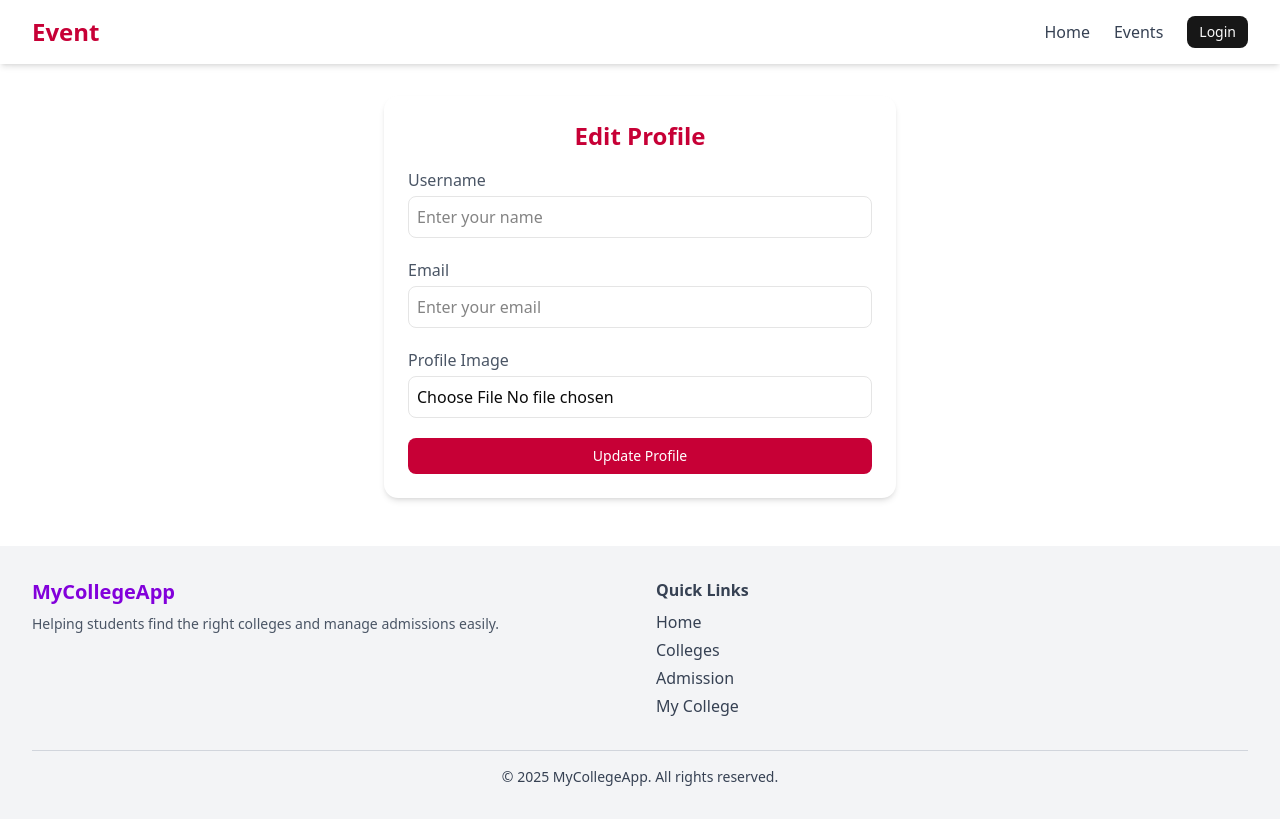
Repository: shshafin/event-client
Page: /profile/edit
An editor plug-in stored every save of this project. The page is shown before and after a run of saves, followed by the edit.
The browser window is 1280 px wide. The pictures show the whole page.
The page's requests for data from a server got no answer. The project was rebuilt for these pictures with package versions that can differ from the ones it lists, and the page was loaded fresh each time. The framework's server and built-in components were replaced by stand-ins that run in the browser. No one was signed in, and anything a server would have sent is missing. Also part of the build but not shown: next.config.ts, src/components/ui/dropdown-menu.tsx.

Above is the page before, as saved 2025-10-30 13:28:24.

### src/app/layout.tsx
import "@/styles/globals.css";
import { Viewport } from "next";
import clsx from "clsx";

import { fontSans } from "@/config/font";
import { Providers } from "@/lib/provider";

export const viewport: Viewport = {
  themeColor: [
    { media: "(prefers-color-scheme: light)", color: "white" },
    { media: "(prefers-color-scheme: dark)", color: "black" },
  ],
};

export default function RootLayout({
  children,
}: {
  children: React.ReactNode;
}) {
  return (
    <html
      suppressHydrationWarning
      lang="en">
      <head />
      <body
        className={clsx(
          "min-h-screen bg-background font-sans antialiased",
          fontSans.variable
        )}>
        <Providers>{children}</Providers>
      </body>
    </html>
  );
}

### src/app/(withCommonLayout)/layout.tsx
import Footer from "@/components/ui/Footer";
import Navbar from "@/components/ui/Navbar";
import React from "react";

const withCommonLayout = ({ children }: { children: React.ReactNode }) => {
  return (
    <div className="relative flex flex-col h-screen">
      <Navbar />
      <main>{children}</main>
      <Footer />
    </div>
  );
};

export default withCommonLayout;

### src/app/(withCommonLayout)/profile/edit/page.tsx
"use client";

import { useState } from "react";
import { useForm } from "react-hook-form";
import { zodResolver } from "@hookform/resolvers/zod";
import * as z from "zod";
import { useUser } from "@/context/user.provider";
import { Button } from "@/components/ui/button";
import { toast } from "sonner";
import { useUpdateUser } from "@/hooks/auth.hook";

// ✅ Validation Schema
const updateUserSchema = z.object({
  username: z.string().min(2, "Name is required"),
  email: z.string().email("Invalid email"),
  image: z.any().optional(),
});

type UpdateUserFormValues = z.infer<typeof updateUserSchema>;

export default function EditProfilePage() {
  const { user, setUser } = useUser(); // ✅ get setUser for auto update
  const { mutateAsync, isPending } = useUpdateUser();
  const [error, setError] = useState<string | null>(null);

  const { register, handleSubmit, reset } = useForm<UpdateUserFormValues>({
    resolver: zodResolver(updateUserSchema),
    defaultValues: {
      username: user?.username || "",
      email: user?.email || "",
    },
  });

  const onSubmit = async (data: UpdateUserFormValues) => {
    if (!user) return;

    try {
      const formData = new FormData();
      formData.append("username", data.username);
      formData.append("email", data.email);
      if (data.image && data.image[0]) {
        formData.append("image", data.image[0]);
      }

      // ✅ Update user
      const updatedUser = await mutateAsync({
        id: user._id,
        userData: formData,
      });

      // ✅ Update context to refresh UI
      setUser(updatedUser);

      toast.success("Profile updated successfully!");
      reset();
    } catch (err: any) {
      console.error(err);
      setError(err.message || "Failed to update profile");
      toast.error(err.message || "Failed to update profile");
    }
  };

  return (
    <div className="max-w-lg mx-auto mt-24 p-6 bg-white shadow-md rounded-xl">
      <h2 className="text-2xl font-bold mb-4 text-rose-700 text-center">
        Edit Profile
      </h2>

      <form
        onSubmit={handleSubmit(onSubmit)}
        className="space-y-5">
        <div>
          <label className="block text-gray-600 mb-1">Username</label>
          <input
            type="text"
            {...register("username")}
            className="w-full border rounded-md p-2"
            placeholder="Enter your name"
          />
        </div>

        <div>
          <label className="block text-gray-600 mb-1">Email</label>
          <input
            type="email"
            {...register("email")}
            className="w-full border rounded-md p-2"
            placeholder="Enter your email"
          />
        </div>

        <div>
          <label className="block text-gray-600 mb-1">Profile Image</label>
          <input
            type="file"
            accept="image/*"
            {...register("image")}
            className="w-full border rounded-md p-2"
          />
        </div>

        {error && <p className="text-red-500 text-sm">{error}</p>}

        <Button
          type="submit"
          disabled={isPending}
          className="w-full bg-rose-700 hover:bg-rose-800 text-white">
          {isPending ? "Updating..." : "Update Profile"}
        </Button>
      </form>
    </div>
  );
}

### src/lib/provider/index.tsx
"use client";

import * as React from "react";
import { QueryClient, QueryClientProvider } from "@tanstack/react-query";
import { Toaster } from "sonner";
import UserProvider from "@/context/user.provider";

export interface ProvidersProps {
  children: React.ReactNode;
}

export function Providers({ children }: ProvidersProps) {
  const queryClient = new QueryClient();

  return (
    <QueryClientProvider client={queryClient}>
      <UserProvider>
        <Toaster
          richColors
          position="top-center"
          closeButton
        />
        {children}
      </UserProvider>
    </QueryClientProvider>
  );
}

### src/components/ui/Footer.tsx
"use client";

import Link from "next/link";

export default function Footer() {
  return (
    <footer className="bg-gray-100 dark:bg-gray-900 text-gray-700 dark:text-gray-300 py-8 mt-12">
      <div className="max-w-7xl mx-auto px-4 sm:px-6 lg:px-8">
        <div className="grid grid-cols-1 md:grid-cols-2 gap-8">
          {/* Logo & description */}
          <div>
            <span className="font-bold text-xl text-purple-700">
              MyCollegeApp
            </span>
            <p className="mt-2 text-sm text-gray-600 dark:text-gray-400">
              Helping students find the right colleges and manage admissions
              easily.
            </p>
          </div>

          {/* Quick Links */}
          <div>
            <h3 className="font-semibold mb-2">Quick Links</h3>
            <ul className="space-y-1">
              <li>
                <Link
                  href="/"
                  className="hover:text-purple-700">
                  Home
                </Link>
              </li>
              <li>
                <Link
                  href="/college"
                  className="hover:text-purple-700">
                  Colleges
                </Link>
              </li>
              <li>
                <Link
                  href="/admission"
                  className="hover:text-purple-700">
                  Admission
                </Link>
              </li>
              <li>
                <Link
                  href="/my-college"
                  className="hover:text-purple-700">
                  My College
                </Link>
              </li>
            </ul>
          </div>
        </div>

        <div className="mt-8 border-t border-gray-300 dark:border-gray-700 pt-4 text-center text-sm">
          © {new Date().getFullYear()} MyCollegeApp. All rights reserved.
        </div>
      </div>
    </footer>
  );
}

### src/components/ui/Navbar.tsx
"use client";

import { useState } from "react";
import Link from "next/link";
import {
  MenuIcon,
  XIcon,
  LogOutIcon,
  UserIcon,
  PlusCircle,
} from "lucide-react";
import { Button } from "@/components/ui/button";
import {
  DropdownMenu,
  DropdownMenuTrigger,
  DropdownMenuContent,
  DropdownMenuItem,
} from "@/components/ui/dropdown-menu";
import { useUser } from "@/context/user.provider";
import { logoutUser } from "@/services/AuthService";
import { useRouter } from "next/navigation";

export default function Navbar() {
  const [isOpen, setIsOpen] = useState(false);
  const toggleMenu = () => setIsOpen(!isOpen);

  const { user, setUser } = useUser();
  const router = useRouter();

  const handleLogout = async () => {
    await logoutUser();
    setUser(null);
    router.push("/login");
  };

  return (
    <nav className="bg-white dark:bg-gray-900 shadow-md fixed w-full z-50">
      <div className="max-w-7xl mx-auto px-4 sm:px-6 lg:px-8">
        <div className="flex justify-between h-16 items-center">
          {/* Logo */}
          <Link href="/">
            <div className="text-2xl font-bold text-rose-700">Event</div>
          </Link>

          {/* Desktop Menu */}
          <div className="hidden md:flex items-center space-x-6">
            <Link
              href="/"
              className="text-gray-700 hover:text-rose-700">
              Home
            </Link>
            <Link
              href="/events"
              className="text-gray-700 hover:text-rose-700">
              Events
            </Link>

            {user && (
              <Link
                href="/my-bookings"
                className="text-gray-700 hover:text-rose-700">
                My Bookings
              </Link>
            )}

            {/* ✅ Only admin can see Add Event */}
            {user?.role === "admin" && (
              <Link
                href="/add-event"
                className="flex items-center gap-1 text-gray-700 hover:text-rose-700">
                <PlusCircle className="w-4 h-4" /> Add Event
              </Link>
            )}

            {/* User Dropdown */}
            {user ? (
              <DropdownMenu>
                <DropdownMenuTrigger asChild>
                  <Button className="w-auto px-3 h-8 rounded-full bg-rose-700 text-white flex items-center justify-center font-semibold">
                    {user.username || "User"}
                  </Button>
                </DropdownMenuTrigger>
                <DropdownMenuContent align="end">
                  <DropdownMenuItem asChild>
                    <Link
                      href="/profile"
                      className="flex items-center gap-2">
                      <UserIcon className="w-4 h-4" /> My Profile
                    </Link>
                  </DropdownMenuItem>
                  <DropdownMenuItem
                    className="flex items-center gap-2"
                    onClick={handleLogout}>
                    <LogOutIcon className="w-4 h-4" /> Logout
                  </DropdownMenuItem>
                </DropdownMenuContent>
              </DropdownMenu>
            ) : (
              <Link href="/login">
                <Button
                  size="sm"
                  variant="default">
                  Login
                </Button>
              </Link>
            )}
          </div>

          {/* Mobile Menu Button */}
          <div className="flex items-center md:hidden">
            <button
              onClick={toggleMenu}
              className="text-gray-700 hover:text-rose-700 focus:outline-none">
              {isOpen ? (
                <XIcon className="w-6 h-6" />
              ) : (
                <MenuIcon className="w-6 h-6" />
              )}
            </button>
          </div>
        </div>
      </div>

      {/* Mobile Menu */}
      {isOpen && (
        <div className="md:hidden bg-white dark:bg-gray-900 px-2 pt-2 pb-3 space-y-1 shadow-md">
          <Link
            href="/"
            className="block px-3 py-2 rounded-md text-gray-700 hover:text-rose-700 hover:bg-gray-100">
            Home
          </Link>
          <Link
            href="/events"
            className="block px-3 py-2 rounded-md text-gray-700 hover:text-rose-700 hover:bg-gray-100">
            Events
          </Link>

          {user && (
            <Link
              href="/my-bookings"
              className="block px-3 py-2 rounded-md text-gray-700 hover:text-rose-700 hover:bg-gray-100">
              My Bookings
            </Link>
          )}

          {user?.role === "admin" && (
            <Link
              href="/add-event"
              className="block px-3 py-2 rounded-md text-gray-700 hover:text-rose-700 hover:bg-gray-100">
              Add Event
            </Link>
          )}

          {/* Mobile User Menu */}
          {user ? (
            <div className="px-3 py-2">
              <DropdownMenu>
                <DropdownMenuTrigger asChild>
                  <Button className="w-auto px-3 h-8 rounded-full bg-rose-700 text-white flex items-center justify-center font-semibold">
                    {user.username || "User"}
                  </Button>
                </DropdownMenuTrigger>
                <DropdownMenuContent align="end">
                  <DropdownMenuItem asChild>
                    <Link
                      href="/profile"
                      className="flex items-center gap-2">
                      <UserIcon className="w-4 h-4" /> My Profile
                    </Link>
                  </DropdownMenuItem>
                  <DropdownMenuItem
                    className="flex items-center gap-2"
                    onClick={handleLogout}>
                    <LogOutIcon className="w-4 h-4" /> Logout
                  </DropdownMenuItem>
                </DropdownMenuContent>
              </DropdownMenu>
            </div>
          ) : (
            <Link
              href="/login"
              className="block cursor-pointer px-3 py-2">
              <Button
                size="sm"
                variant="default"
                className="w-full">
                Login
              </Button>
            </Link>
          )}
        </div>
      )}
    </nav>
  );
}

### src/context/user.provider.tsx
"use client";

import {
  createContext,
  Dispatch,
  SetStateAction,
  useContext,
  useEffect,
  useState,
} from "react";
import { IUser } from "../types";
import { getCurrentUser } from "../services/AuthService";

interface IUserProviderValues {
  user: IUser | null;
  isLoading: boolean;
  setUser: (user: IUser | null) => void;
  setIsLoading: Dispatch<SetStateAction<boolean>>;
}

const UserContext = createContext<IUserProviderValues | undefined>(undefined);

const UserProvider = ({ children }: { children: React.ReactNode }) => {
  const [user, setUser] = useState<IUser | null>(null);
  const [isLoading, setIsLoading] = useState(true);

  const handleUser = async () => {
    try {
      const user = await getCurrentUser();
      setUser(user);
    } catch (error) {
      console.error("Failed to fetch user:", error);
      setUser(null);
    } finally {
      setIsLoading(false);
    }
  };

  useEffect(() => {
    handleUser();
  }, []);

  return (
    <UserContext.Provider value={{ user, setUser, isLoading, setIsLoading }}>
      {children}
    </UserContext.Provider>
  );
};

export const useUser = () => {
  const context = useContext(UserContext);

  if (context === undefined) {
    throw new Error("useUser must be used within the UserProvider context");
  }

  return context;
};

export default UserProvider;

### src/components/ui/button.tsx
import * as React from "react"
import { Slot } from "@radix-ui/react-slot"
import { cva, type VariantProps } from "class-variance-authority"

import { cn } from "@/lib/utils"

const buttonVariants = cva(
  "inline-flex items-center justify-center gap-2 whitespace-nowrap rounded-md text-sm font-medium transition-all disabled:pointer-events-none disabled:opacity-50 [&_svg]:pointer-events-none [&_svg:not([class*='size-'])]:size-4 shrink-0 [&_svg]:shrink-0 outline-none focus-visible:border-ring focus-visible:ring-ring/50 focus-visible:ring-[3px] aria-invalid:ring-destructive/20 dark:aria-invalid:ring-destructive/40 aria-invalid:border-destructive",
  {
    variants: {
      variant: {
        default: "bg-primary text-primary-foreground hover:bg-primary/90",
        destructive:
          "bg-destructive text-white hover:bg-destructive/90 focus-visible:ring-destructive/20 dark:focus-visible:ring-destructive/40 dark:bg-destructive/60",
        outline:
          "border bg-background shadow-xs hover:bg-accent hover:text-accent-foreground dark:bg-input/30 dark:border-input dark:hover:bg-input/50",
        secondary:
          "bg-secondary text-secondary-foreground hover:bg-secondary/80",
        ghost:
          "hover:bg-accent hover:text-accent-foreground dark:hover:bg-accent/50",
        link: "text-primary underline-offset-4 hover:underline",
      },
      size: {
        default: "h-9 px-4 py-2 has-[>svg]:px-3",
        sm: "h-8 rounded-md gap-1.5 px-3 has-[>svg]:px-2.5",
        lg: "h-10 rounded-md px-6 has-[>svg]:px-4",
        icon: "size-9",
        "icon-sm": "size-8",
        "icon-lg": "size-10",
      },
    },
    defaultVariants: {
      variant: "default",
      size: "default",
    },
  }
)

function Button({
  className,
  variant,
  size,
  asChild = false,
  ...props
}: React.ComponentProps<"button"> &
  VariantProps<typeof buttonVariants> & {
    asChild?: boolean
  }) {
  const Comp = asChild ? Slot : "button"

  return (
    <Comp
      data-slot="button"
      className={cn(buttonVariants({ variant, size, className }))}
      {...props}
    />
  )
}

export { Button, buttonVariants }

### src/hooks/auth.hook.ts
import { useMutation } from "@tanstack/react-query";
import {
  getCurrentUser,
  loginUser,
  registerUser,
  updateUser,
} from "../services/AuthService";
import { toast } from "sonner";
import { FieldValues } from "react-hook-form";
import { useRouter } from "next/navigation";
import { useUser } from "@/context/user.provider";

// ! Register User Hook
export const useUserRegistration = () => {
  const router = useRouter();

  return useMutation<any, Error, FieldValues>({
    mutationKey: ["REGISTER_USER"],
    mutationFn: async (userData) => await registerUser(userData),
    onSuccess: () => {
      toast.success("Registration Successful!");
      router.push("/login");
    },
    onError: (error) => {
      toast.error(error?.message || "Registration Failed!");
    },
  });
};
// ! Login User Hook

export const useUserLogin = () => {
  const { setUser } = useUser();

  return useMutation<any, Error, FieldValues>({
    mutationKey: ["LOGIN_USER"],
    mutationFn: async (userData) => await loginUser(userData),
    onSuccess: async () => {
      toast.success("Login Successful!");

      const currentUser = await getCurrentUser();
      setUser(currentUser);
    },
    onError: (error: any) => {
      toast.error(error?.message || "Login Failed!");
    },
  });
};

// ! update user
export const useUpdateUser = () => {
  return useMutation({
    mutationFn: async (data: { id: string; userData: any }) =>
      await updateUser(data.userData, data.id),
  });
};

### src/services/AuthService/index.ts
"use server";
import { axiosInstance } from "@/lib/AxiosInstance";
import { cookies } from "next/headers";
import { FieldValues } from "react-hook-form";

// Helper to get token from cookies
export const getToken = async () => {
  const cookieStore = await cookies();
  const token = cookieStore.get("access_token")?.value;
  if (!token)
    throw new Error("Authentication token not found. Please login again.");
  return token;
};

// ! Register User
export const registerUser = async (userData: FieldValues) => {
  try {
    const { data } = await axiosInstance.post("/users/register", userData);
    return data;
  } catch (error: any) {
    throw new Error(error);
  }
};

// ! Login User
export const loginUser = async (userData: FieldValues) => {
  try {
    const { data } = await axiosInstance.post("/auth/login", userData);
    if (data?.success) {
      (await cookies()).set("access_token", data?.data?.accessToken);
    }
    return data;
  } catch (error: any) {
    throw new Error(error);
  }
};

// ! Update User
export const updateUser = async (userData: FieldValues, id: string) => {
  try {
    const token = await getToken();
    const { data } = await axiosInstance.patch(
      `/users/update/${id}`,
      userData,
      {
        headers: {
          Authorization: `Bearer ${token}`,
        },
      }
    );
    return data;
  } catch (error: any) {
    throw new Error(error);
  }
};

// ! Logout User
export const logoutUser = async () => {
  (await cookies()).delete("access_token");
};

// ! get user
export const getCurrentUser = async () => {
  const accessToken = (await cookies()).get("access_token")?.value;

  if (!accessToken) return null;

  try {
    const { data } = await axiosInstance.get("/auth/me", {
      headers: {
        Authorization: `Bearer ${accessToken}`,
      },
    });

    return data;
  } catch (err) {
    console.error("Failed to fetch current user:", err);
    return null;
  }
};

### src/lib/AxiosInstance/index.ts
"use server";

import { envConfig } from "@/config/envConfig";
import axios from "axios";
import { cookies } from "next/headers";

export const axiosInstance = axios.create({
  baseURL: envConfig.base_Api,
});

axiosInstance.interceptors.request.use(
  async (config) => {
    try {
      const cookieStore = await cookies(); //
      const cookie = cookieStore.get("accessToken");
      const accessToken = cookie?.value;

      if (accessToken && config.headers) {
        config.headers.Authorization = `Bearer ${accessToken}`;
      }

      return config;
    } catch (err) {
      console.error("Axios request interceptor error:", err);
      return config;
    }
  },
  (error) => {
    return Promise.reject(error);
  }
);

axiosInstance.interceptors.response.use(
  (response) => response,
  (error) => {
    console.error(
      "Axios response error:",
      error.response?.data || error.message
    );
    return Promise.reject(error);
  }
);

### src/config/envConfig.ts
export const envConfig = {
  base_Api: process.env.NEXT_PUBLIC_BASE_API,
  base_Url: process.env.NEXT_PUBLIC_BASE_URL,
};

Loaded but not shown: src/styles/globals.css (common file); src/config/font.ts (common file); src/lib/utils.ts (common file)

After the next 2 saves:
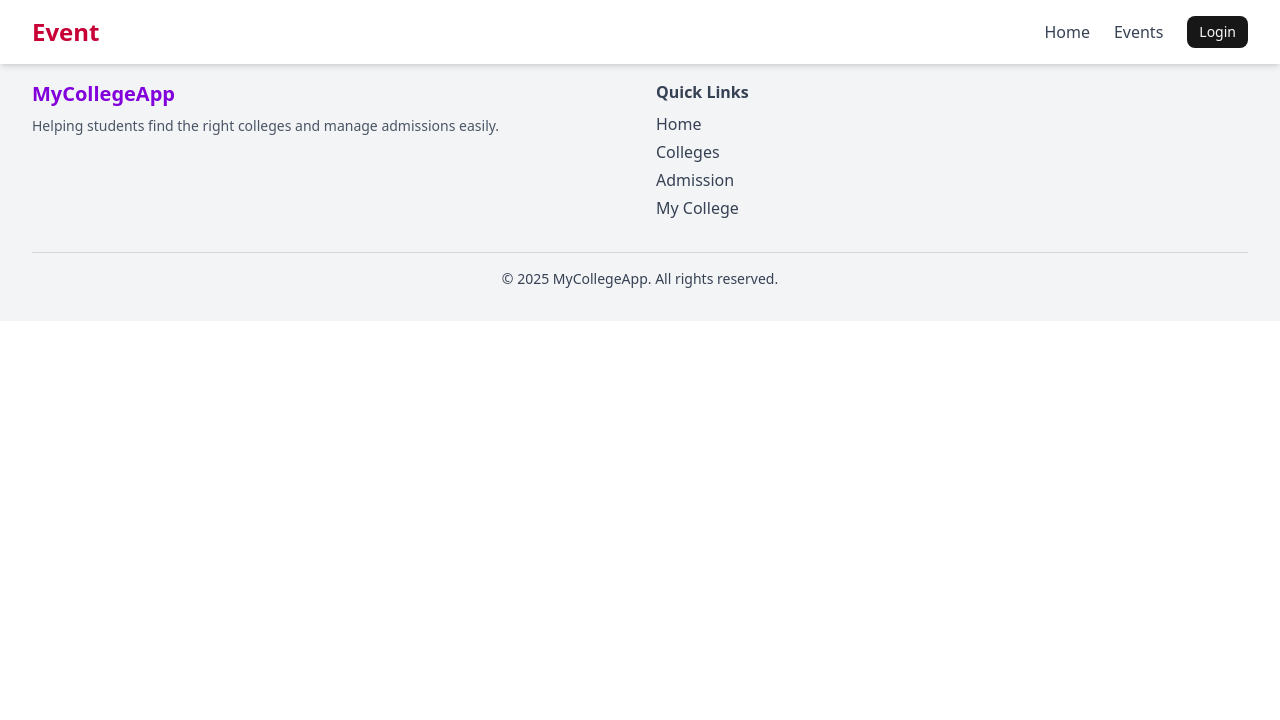
The 2 saves are shown as one change because they came seconds apart.
The last was saved 20 s later.
--- a/src/app/(withCommonLayout)/profile/edit/page.tsx
+++ b/src/app/(withCommonLayout)/profile/edit/page.tsx
@@ -61,53 +61,6 @@ export default function EditProfilePage() {
   };
 
   return (
-    <div className="max-w-lg mx-auto mt-24 p-6 bg-white shadow-md rounded-xl">
-      <h2 className="text-2xl font-bold mb-4 text-rose-700 text-center">
-        Edit Profile
-      </h2>
-
-      <form
-        onSubmit={handleSubmit(onSubmit)}
-        className="space-y-5">
-        <div>
-          <label className="block text-gray-600 mb-1">Username</label>
-          <input
-            type="text"
-            {...register("username")}
-            className="w-full border rounded-md p-2"
-            placeholder="Enter your name"
-          />
-        </div>
-
-        <div>
-          <label className="block text-gray-600 mb-1">Email</label>
-          <input
-            type="email"
-            {...register("email")}
-            className="w-full border rounded-md p-2"
-            placeholder="Enter your email"
-          />
-        </div>
-
-        <div>
-          <label className="block text-gray-600 mb-1">Profile Image</label>
-          <input
-            type="file"
-            accept="image/*"
-            {...register("image")}
-            className="w-full border rounded-md p-2"
-          />
-        </div>
-
-        {error && <p className="text-red-500 text-sm">{error}</p>}
-
-        <Button
-          type="submit"
-          disabled={isPending}
-          className="w-full bg-rose-700 hover:bg-rose-800 text-white">
-          {isPending ? "Updating..." : "Update Profile"}
-        </Button>
-      </form>
-    </div>
+    <section></section>
   );
 }
